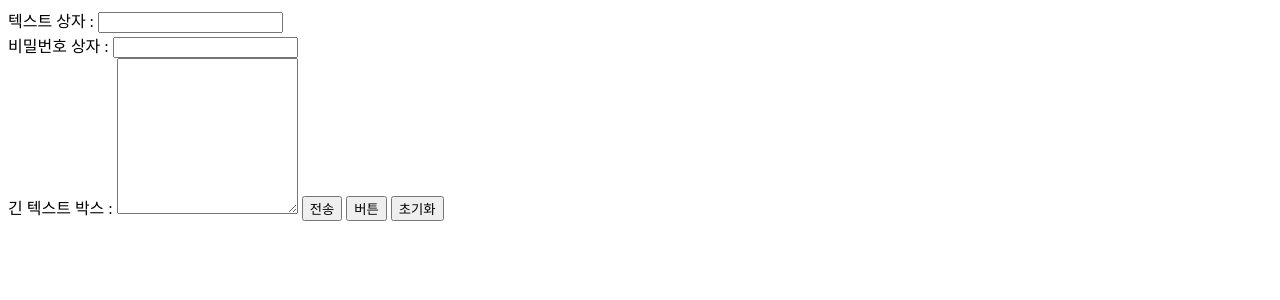
Repository: hololog/workspace_jsp1
Page: JspStudy/src/main/webapp/js1/Test12.html
These files come from the project's save history. The page is drawn as it stood at one moment and after the next save; the edit follows.
The browser window is 1280 px wide. The pictures show the whole page.

Above is the page before, as saved 2021-12-09 06:49:26.

### JspStudy/src/main/webapp/js1/Test12.html
<!DOCTYPE html>
<html>
<head>
<meta charset="UTF-8">
<title>js1/Test12.html</title>
<script type="text/javascript">

</script>
</head>
<body>
 <form action="Test11.html" method="post">
<!--  get은 주소줄에 정보가 보이게 -->
  텍스트 상자 : <input type="text" name="id"><br>
  비밀번호 상자 : <input type="password" name="pass"><br>
  긴 텍스트 박스 : <textarea rows="10" cols="20" name="ta"></textarea>
  <input type="submit" value="전송">
<!--   form태그의 데이터를 전송하는 역학 -->
  <input type="button" value="버튼">
  <input type="reset" value="초기화">
 </form>
</body>
</html>

After the next save:
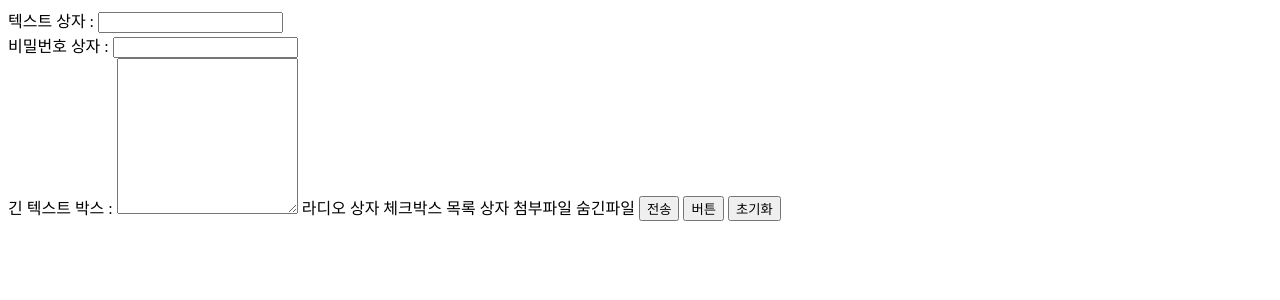
Saved 2 min 32 s later.
--- a/JspStudy/src/main/webapp/js1/Test12.html
+++ b/JspStudy/src/main/webapp/js1/Test12.html
@@ -13,6 +13,11 @@
   텍스트 상자 : <input type="text" name="id"><br>
   비밀번호 상자 : <input type="password" name="pass"><br>
   긴 텍스트 박스 : <textarea rows="10" cols="20" name="ta"></textarea>
+  라디오 상자
+  체크박스
+  목록 상자
+  첨부파일
+  숨긴파일
   <input type="submit" value="전송">
 <!--   form태그의 데이터를 전송하는 역학 -->
   <input type="button" value="버튼">
